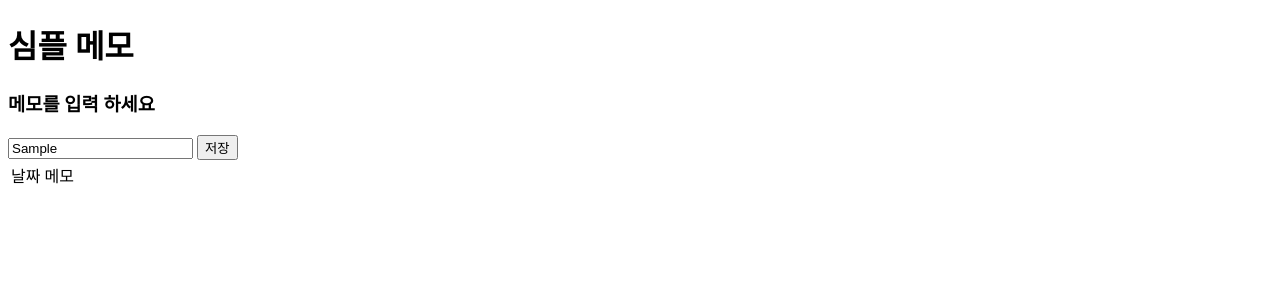
Repository: chisun-joung/workplace
Page: angularJS/WebContent/NewFile.html
The author's editor kept a copy of each file at every save. The page is drawn from the files as they stood at one save, then again after the next save.
The browser window is 1280 px wide. The pictures show the whole page.
Empty fields were first filled with sample values (such as "Sample", 5 or name@example.com).
After loading, the first visible `button` was clicked once.

Above is the page before, as saved 2016-12-01 07:44:31.
Console error: TypeError: Failed to execute 'appendChild' on 'Node': parameter 1 is not of type 'Node'.

### angularJS/WebContent/NewFile.html
<!DOCTYPE html>
<html>
<head>
<meta charset="UTF-8">
<title>Insert title here</title>
<script>
	var memoAry = [];

	var saveMemo = function() {
		var memo = document.getElementById('memo').value;
		var date = new Date();
		date = date.toISOString();

		var memoObj = {
			'date' : date,
			'memo' : memo
		}
		memoAry.push(memoObj);

		var tbody = document.getElementById('tbody');
		var tr = document.createElement('tr');
		var td_date = document.createElement('td');
		var td_memo = document.createElement('td');
		td_date.innerHTML = memoObj.date;
		td_memo.innerHTML = memoObj.memo;
		td_date = td_date + td_memo;
		console.log(td_date)
		//td_date.append(td_memo);
		tr.appendChild(td_date);
		tbody.appendChild(tr);

		document.getElementById('memo').value = '';
	}
</script>
</head>
<body>
	<div>
		<h1>심플 메모</h1>
		<h3>메모를 입력 하세요</h3>
		<input id='memo' type='text' name='memo' />
		<button onclick='saveMemo()'>저장</button>
		<table>
			<thead>
				<tr>
					<td>날짜</td>
					<td>메모</td>
				</tr>
			</thead>
			<tbody id="tbody">
			</tbody>
		</table>
	</div>
</body>
</html>

After the next save:
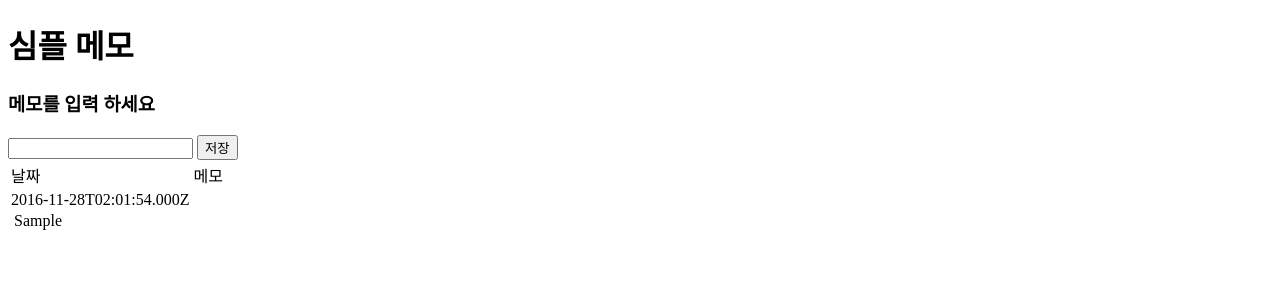
The error is gone.
Saved 5 h 26 min later.
--- a/angularJS/WebContent/NewFile.html
+++ b/angularJS/WebContent/NewFile.html
@@ -23,9 +23,9 @@
 		var td_memo = document.createElement('td');
 		td_date.innerHTML = memoObj.date;
 		td_memo.innerHTML = memoObj.memo;
-		td_date = td_date + td_memo;
-		console.log(td_date)
-		//td_date.append(td_memo);
+
+		console.log(td_date);
+		td_date.append(td_memo);
 		tr.appendChild(td_date);
 		tbody.appendChild(tr);
 
